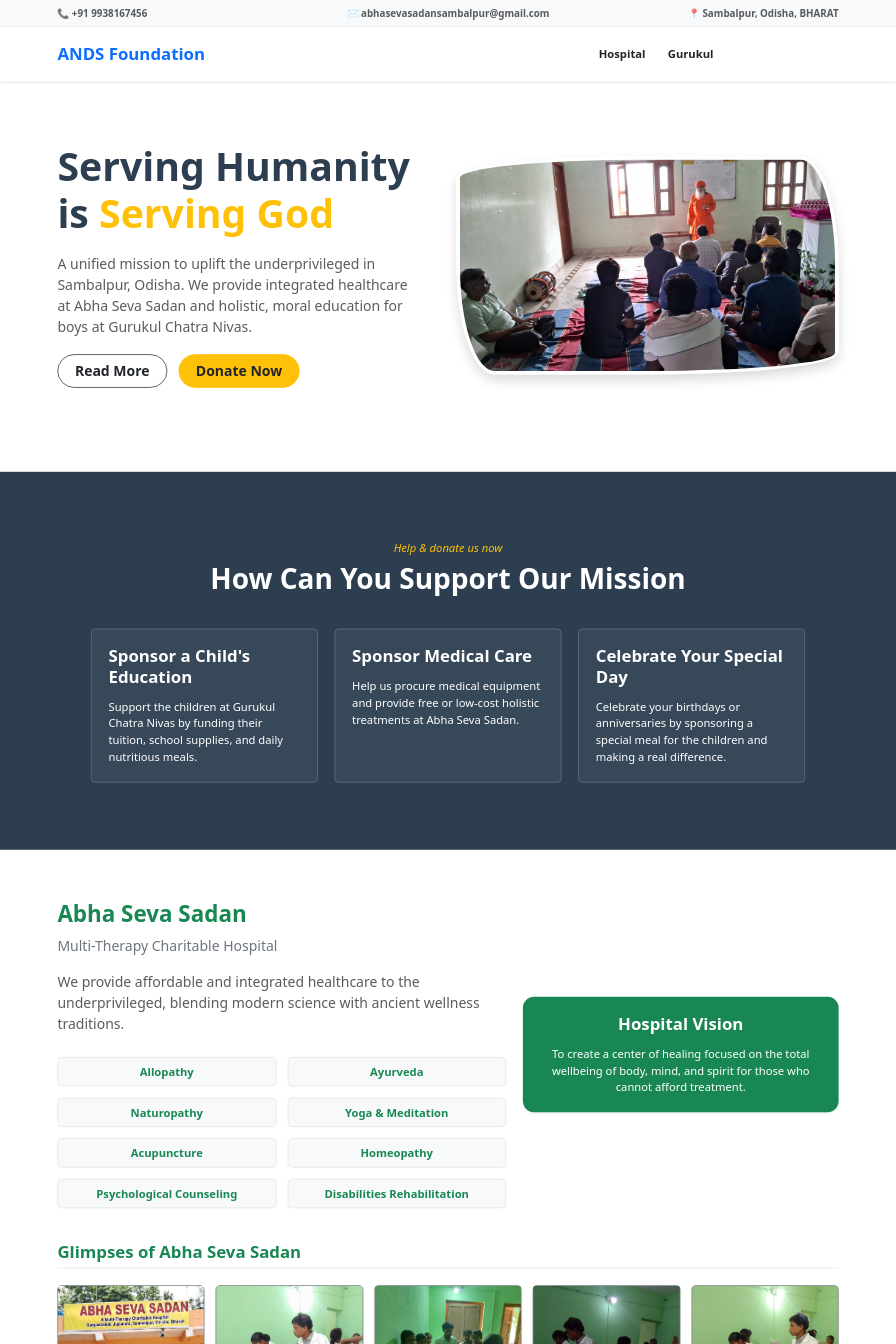
Repository: Gagankumar7869/ngo-website
Page: /
These files come from the project's save history. The page is drawn as it stood at one moment and after the next save; the edit follows.
The browser window is 1280 px wide. The pictures show the part of the page from y = 0 to 1920 px (the page is 4661 px tall), at 70% of full size.
The project was rebuilt for these pictures with package versions that can differ from the ones it lists, and the page was loaded fresh each time. Also part of the build but not shown: vite.config.js.

Above is the page before, as saved 2026-03-18 11:44:26.

### index.html
<!doctype html>
<html lang="en">
  <head>
    <meta charset="UTF-8" />
    <link rel="icon" type="image/svg+xml" href="/favicon.svg" />
    <meta name="viewport" content="width=device-width, initial-scale=1.0" />
    <title>ngo_website</title>
  </head>
  <body>
    <div id="root"></div>
    <script type="module" src="/src/main.jsx"></script>
  </body>
</html>

### src/index.css
/* --- CUSTOM NGO COLOR PALETTE --- */
:root {
  --ngo-blue: #0A2540;     /* Deep navy for trust/authority */
  --ngo-yellow: #FFD166;   /* Cheerful yellow for attention/hover */
  --ngo-teal: #118AB2;     /* Calming teal for healthcare */
  --ngo-coral: #EF476F;    /* Warm coral for urgency/donations */
  --ngo-light: #F8F9FA;    /* Soft off-white for backgrounds */
}

/* Custom Background & Text Classes */
.bg-ngo-blue { background-color: var(--ngo-blue) !important; }
.bg-ngo-teal { background-color: var(--ngo-teal) !important; }
.bg-ngo-light { background-color: var(--ngo-light) !important; }

.text-ngo-blue { color: var(--ngo-blue) !important; }
.text-ngo-teal { color: var(--ngo-teal) !important; }
.text-ngo-coral { color: var(--ngo-coral) !important; }
.text-ngo-yellow { color: var(--ngo-yellow) !important; }

/* Custom Vibrant Buttons */
.btn-donate {
  background-color: var(--ngo-coral);
  color: white !important;
  border: none;
  transition: all 0.3s ease;
  box-shadow: 0 4px 6px rgba(239, 71, 111, 0.3);
}

.btn-donate:hover {
  background-color: #D13658; /* Slightly darker coral on hover */
  transform: translateY(-2px);
  box-shadow: 0 6px 12px rgba(239, 71, 111, 0.4);
}

.btn-outline-custom {
  border: 2px solid var(--ngo-blue);
  color: var(--ngo-blue);
  background-color: transparent;
  transition: all 0.3s ease;
}

.btn-outline-custom:hover {
  background-color: var(--ngo-blue);
  color: white !important;
}

/* Custom Styling for the Support Cards */
.support-card {
  background-color: rgba(255, 255, 255, 0.05); /* Slight transparent white over the dark background */
  color: white;
  transition: all 0.3s ease-in-out;
  cursor: pointer;
  border: 1px solid rgba(255, 255, 255, 0.1);
}

.support-card:hover {
  background-color: var(--ngo-yellow);
  color: var(--ngo-blue) !important;
  border-color: var(--ngo-yellow) !important;
  transform: translateY(-5px);
  box-shadow: 0 10px 20px rgba(0,0,0,0.2);
}

.support-card:hover h4,
.support-card:hover p {
  color: var(--ngo-blue) !important;
}

/* Make the hero image a bit more organic looking */
.hero-image {
  border-radius: 50% 10% 50% 10% / 10% 50% 10% 50%;
  box-shadow: 0 15px 30px rgba(0,0,0,0.15);
}

### src/App.jsx
import React from 'react';
import Navigation from './components/Navigation';
import Home from './pages/Home';

function App() {
  return (
    <div>
      <Navigation />
      <main>
        <Home />
      </main>
    </div>
  );
}

export default App;

### src/components/Navigation.jsx
import React from 'react';
import { Navbar, Nav, Container } from 'react-bootstrap';

const Navigation = () => {
  return (
    <>
      {/* Top Contact Bar */}
      <div className="bg-light py-2 border-bottom d-none d-lg-block">
        <Container>
          <div className="row text-muted small fw-semibold">
            <div className="col-md-4">
              📞 +91 9938167456
            </div>
            <div className="col-md-4 text-center">
              ✉️ abhasevasadansambalpur@gmail.com
            </div>
            <div className="col-md-4 text-end">
              📍 Sambalpur, Odisha, BHARAT
            </div>
          </div>
        </Container>
      </div>

      {/* Main Navbar */}
      <Navbar bg="white" variant="light" expand="lg" sticky="top" className="shadow-sm py-3">
        <Container>
          <Navbar.Brand href="#" className="fw-bold fs-4 text-primary">
            ANDS Foundation
          </Navbar.Brand>
          <Navbar.Toggle aria-controls="basic-navbar-nav" />
          <Navbar.Collapse id="basic-navbar-nav">
            <Nav className="ms-auto align-items-center fw-semibold">
              <Nav.Link href="#hospital" className="fs-6 px-3 text-dark">Hospital</Nav.Link>
              <Nav.Link href="#gurukul" className="fs-6 px-3 text-dark">Gurukul</Nav.Link>
              <Nav.Link href="#donate" className="btn btn-dark text-white fw-bold ms-lg-3 px-4 rounded-pill">
                Donate Now
              </Nav.Link>
            </Nav>
          </Navbar.Collapse>
        </Container>
      </Navbar>
    </>
  );
};

export default Navigation;

### src/pages/Home.jsx
import React, { useState } from 'react';
import { Modal } from 'react-bootstrap';
// Ensure your QR code image is still in this folder
import qrCodeImage from '../assets/images/abha-qr.png';

const Home = () => {
  // Photo counts
  const hospitalPhotos = Array.from({ length: 6 }, (_, i) => i + 1);
  const gurukulPhotos = Array.from({ length: 18 }, (_, i) => i + 1);

  // State to handle the image modal (lightbox)
  const [showModal, setShowModal] = useState(false);
  const [selectedImage, setSelectedImage] = useState('');

  // Function to open the modal with the clicked image
  const handleImageClick = (imgSrc) => {
    setSelectedImage(imgSrc);
    setShowModal(true);
  };

  return (
    <div>
      {/* SPLIT HERO SECTION */}
      <header className="bg-white py-5 mt-3 mb-5">
        <div className="container py-4">
          <div className="row align-items-center">
            <div className="col-lg-6 mb-5 mb-lg-0 pe-lg-5">
              <h1 className="display-4 fw-bold mb-4" style={{ color: '#2c3e50' }}>
                Serving Humanity is <span className="text-warning">Serving God</span>
              </h1>
              <p className="lead text-muted mb-4 lh-base">
                A unified mission to uplift the underprivileged in Sambalpur, Odisha.
                We provide integrated healthcare at Abha Seva Sadan and holistic, moral education for boys at Gurukul Chatra Nivas.
              </p>
              <div className="d-flex gap-3">
                <a href="#gurukul" className="btn btn-outline-dark btn-lg px-4 rounded-pill fw-semibold">
                  Read More
                </a>
                <a href="#donate" className="btn btn-warning btn-lg px-4 rounded-pill fw-bold text-dark">
                  Donate Now
                </a>
              </div>
            </div>
            <div className="col-lg-6 text-center">
              <img
                src={`/src/assets/images/gurukul-1.jpg`}
                alt="Children of Gurukul"
                className="img-fluid hero-image border border-white border-5 shadow"
              />
            </div>
          </div>
        </div>
      </header>

      {/* DARK SUPPORT CARDS SECTION */}
      <section className="py-5" style={{ backgroundColor: '#2c3e50' }}>
        <div className="container text-center py-5">
          <p className="text-warning fst-italic mb-2">Help & donate us now</p>
          <h2 className="fw-bold text-white mb-5 display-6">How Can You Support Our Mission</h2>

          <div className="row g-4 px-lg-5">
            <div className="col-md-4">
              <div className="support-card p-4 h-100 border border-secondary rounded text-start">
                <h4 className="fw-bold mb-3">Sponsor a Child's Education</h4>
                <p className="mb-0">Support the children at Gurukul Chatra Nivas by funding their tuition, school supplies, and daily nutritious meals.</p>
              </div>
            </div>
            <div className="col-md-4">
              <div className="support-card p-4 h-100 border border-secondary rounded text-start">
                <h4 className="fw-bold mb-3">Sponsor Medical Care</h4>
                <p className="mb-0">Help us procure medical equipment and provide free or low-cost holistic treatments at Abha Seva Sadan.</p>
              </div>
            </div>
            <div className="col-md-4">
              <div className="support-card p-4 h-100 border border-secondary rounded text-start">
                <h4 className="fw-bold mb-3">Celebrate Your Special Day</h4>
                <p className="mb-0">Celebrate your birthdays or anniversaries by sponsoring a special meal for the children and making a real difference.</p>
              </div>
            </div>
          </div>
        </div>
      </section>

      {/* ABHA SEVA SADAN (HOSPITAL) */}
      <section id="hospital" className="container py-5 mt-4">
        <div className="row align-items-center mb-5">
          <div className="col-lg-7">
            <h2 className="fw-bold text-success mb-3">Abha Seva Sadan</h2>
            <h5 className="text-secondary mb-4">Multi-Therapy Charitable Hospital</h5>
            <p className="fs-5 text-muted">
              We provide affordable and integrated healthcare to the underprivileged, blending modern science with ancient wellness traditions.
            </p>
            <div className="row g-3 mt-3">
              {['Allopathy', 'Ayurveda', 'Naturopathy', 'Yoga & Meditation', 'Acupuncture', 'Homeopathy', 'Psychological Counseling', 'Disabilities Rehabilitation'].map((therapy, index) => (
                <div key={index} className="col-sm-6">
                  <div className="p-2 border rounded bg-light text-center fw-semibold text-success">
                    {therapy}
                  </div>
                </div>
              ))}
            </div>
          </div>
          <div className="col-lg-5 mt-4 mt-lg-0 text-center">
             <div className="bg-success text-white p-4 rounded-4 shadow-sm">
                <h4 className="fw-bold mb-3">Hospital Vision</h4>
                <p className="mb-0">To create a center of healing focused on the total wellbeing of body, mind, and spirit for those who cannot afford treatment.</p>
             </div>
          </div>
        </div>

        {/* HOSPITAL PHOTO GALLERY */}
        <div className="mt-5">
          <h4 className="fw-bold mb-4 text-success border-bottom pb-2">Glimpses of Abha Seva Sadan</h4>
          <div className="row row-cols-2 row-cols-md-3 row-cols-lg-5 g-3">
            {hospitalPhotos.map((num) => (
              <div className="col" key={`hosp-${num}`}>
                <div
                  className="ratio ratio-1x1 bg-secondary rounded shadow-sm overflow-hidden d-flex align-items-center justify-content-center text-white"
                  style={{ cursor: 'pointer' }}
                  onClick={() => handleImageClick(`/src/assets/images/hospital-${num}.jpg`)}
                >
                  <img
                    src={`/src/assets/images/hospital-${num}.jpg`}
                    alt={`Hospital ${num}`}
                    className="img-fluid object-fit-cover w-100 h-100 support-card"
                  />
                </div>
              </div>
            ))}
          </div>
        </div>
      </section>

      {/* GURUKUL CHATRA NIVAS (HOSTEL) */}
      <section id="gurukul" className="bg-light py-5">
        <div className="container py-4">
          <div className="text-center mb-5">
            <h2 className="fw-bold text-info mb-2">Gurukul Chatra Nivas</h2>
            <h5 className="text-secondary">A Home of Learning, Values & Service</h5>
          </div>

          <div className="row g-5">
            <div className="col-md-6">
              <h4 className="fw-bold border-bottom pb-2">Provisions & Education</h4>
              <p className="text-muted mt-3">
                We offer free lodging, balanced vegetarian meals, and admission to nearby schools/colleges for economically disadvantaged boys. Our holistic approach includes daily evening tuition, regular medical check-ups, and participation in cultural festivals.
              </p>
            </div>

            <div className="col-md-6">
              <h4 className="fw-bold border-bottom pb-2">Rules & Daily Routine</h4>
              <ul className="list-unstyled mt-3 text-muted">
                <li className="mb-2">🌅 <strong>Brahma Muhurta:</strong> Wake up at 4:30 AM for personal hygiene, yoga, and collective meditation.</li>
                <li className="mb-2">🥗 <strong>Diet:</strong> Strictly sentient vegetarian food. No outside junk food allowed.</li>
                <li className="mb-2">🛑 <strong>Strict Bans:</strong> Zero tolerance for intoxicants (tobacco, alcohol), smartphones, or abusive behavior.</li>
                <li className="mb-2">🤫 <strong>Discipline:</strong> Absolute silence observed during meditation and study hours.</li>
              </ul>
            </div>
          </div>

          {/* GURUKUL PHOTO GALLERY */}
          <div className="mt-5 pt-4">
            <h4 className="fw-bold mb-4 text-info border-bottom pb-2">Glimpses of Gurukul Chatra Nivas</h4>
            <div className="row row-cols-2 row-cols-md-3 row-cols-lg-5 g-3">
              {gurukulPhotos.map((num) => (
                <div className="col" key={`guru-${num}`}>
                  <div
                    className="ratio ratio-1x1 bg-secondary rounded shadow-sm overflow-hidden d-flex align-items-center justify-content-center text-white"
                    style={{ cursor: 'pointer' }}
                    onClick={() => handleImageClick(`/src/assets/images/gurukul-${num}.jpg`)}
                  >
                    <img
                      src={`/src/assets/images/gurukul-${num}.jpg`}
                      alt={`Gurukul ${num}`}
                      className="img-fluid object-fit-cover w-100 h-100 support-card"
                    />
                  </div>
                </div>
              ))}
            </div>
          </div>
        </div>
      </section>

      {/* INTEGRATED DONATION SECTION */}
      <section id="donate" className="bg-dark text-white py-5">
        <div className="container py-4">
          <div className="text-center mb-5">
            <h2 className="fw-bold text-warning mb-3">Support Our Mission</h2>
            <p className="lead mx-auto" style={{ maxWidth: '700px' }}>
              Your contributions help construct hospital wards, support staff salaries, and provide food and education to the children of Gurukul Chatra Nivas.
            </p>
          </div>

          <div className="row justify-content-center align-items-stretch g-4">
            <div className="col-md-5">
              <div className="card h-100 shadow-sm border-0 text-dark">
                <div className="card-body p-4 bg-light rounded text-center">
                  <h4 className="card-title text-primary mb-4">Direct Bank Transfer</h4>
                  <ul className="list-unstyled fs-6 text-start d-inline-block">
                    <li className="mb-2"><strong>Account Name:</strong> Abha Seva Sadan</li>
                    <li className="mb-2"><strong>A/c Number:</strong> 44087197883</li>
                    <li className="mb-2"><strong>Bank:</strong> State Bank of India</li>
                    <li className="mb-2"><strong>Branch:</strong> Dhanupali (11576)</li>
                    <li className="mb-2"><strong>IFSC Code:</strong> SBIN0011576</li>
                  </ul>
                </div>
              </div>
            </div>

            <div className="col-md-5">
              <div className="card h-100 shadow-sm border-0 text-dark">
                <div className="card-body p-4 text-center">
                  <h4 className="card-title text-primary mb-3">Scan & Donate via UPI</h4>
                  <img
                    src={qrCodeImage}
                    alt="Donate via UPI"
                    className="img-fluid border p-2 rounded shadow-sm mb-2"
                    style={{ maxWidth: '180px' }}
                  />
                  <p className="text-muted small mb-0">Google Pay, PhonePe, Paytm</p>
                </div>
              </div>
            </div>
          </div>
        </div>
      </section>

      {/* FOOTER */}
      <footer className="bg-secondary text-white text-center py-4">
        <div className="container small">
          <p className="mb-1 fw-bold fs-5">ANDS FOUNDATION</p>
          <p className="mb-1">Reg. No. 1956/4/3864-2006</p>
          <p className="mb-1">Gargadbahal, Jujomura & Govindtola, Dhanupali, Sambalpur, Odisha</p>
          <p className="mb-0 mt-2">📞 9938167456 | ✉️ abhasevasadansambalpur@gmail.com</p>
        </div>
      </footer>

      {/* IMAGE MODAL (POP-UP) */}
      <Modal show={showModal} onHide={() => setShowModal(false)} size="lg" centered>
        <Modal.Header closeButton className="border-0 pb-0"></Modal.Header>
        <Modal.Body className="text-center pt-0 pb-4 px-4">
          <img src={selectedImage} alt="Expanded View" className="img-fluid rounded shadow-lg" />
        </Modal.Body>
      </Modal>

    </div>
  );
};

export default Home;

Loaded but not shown: src/main.jsx (common file)

After the next save:
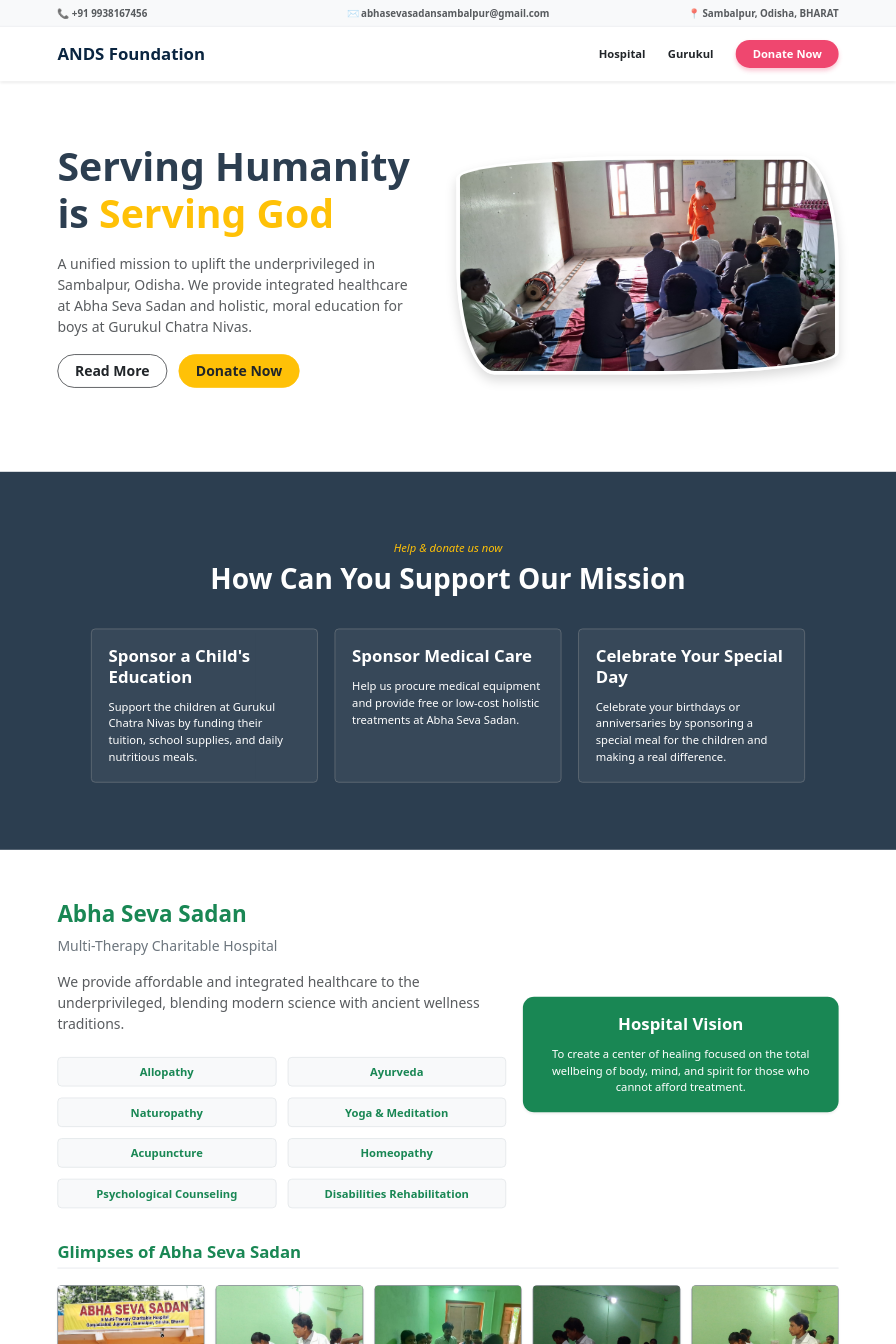
Saved 54 s later.
--- a/src/components/Navigation.jsx
+++ b/src/components/Navigation.jsx
@@ -5,7 +5,7 @@
   return (
     <>
       {/* Top Contact Bar */}
-      <div className="bg-light py-2 border-bottom d-none d-lg-block">
+      <div className="bg-ngo-light py-2 border-bottom d-none d-lg-block">
         <Container>
           <div className="row text-muted small fw-semibold">
             <div className="col-md-4">
@@ -24,7 +24,7 @@
       {/* Main Navbar */}
       <Navbar bg="white" variant="light" expand="lg" sticky="top" className="shadow-sm py-3">
         <Container>
-          <Navbar.Brand href="#" className="fw-bold fs-4 text-primary">
+          <Navbar.Brand href="#" className="fw-bold fs-4 text-ngo-blue">
             ANDS Foundation
           </Navbar.Brand>
           <Navbar.Toggle aria-controls="basic-navbar-nav" />
@@ -32,7 +32,7 @@
             <Nav className="ms-auto align-items-center fw-semibold">
               <Nav.Link href="#hospital" className="fs-6 px-3 text-dark">Hospital</Nav.Link>
               <Nav.Link href="#gurukul" className="fs-6 px-3 text-dark">Gurukul</Nav.Link>
-              <Nav.Link href="#donate" className="btn btn-dark text-white fw-bold ms-lg-3 px-4 rounded-pill">
+              <Nav.Link href="#donate" className="btn btn-donate fw-bold ms-lg-3 px-4 rounded-pill">
                 Donate Now
               </Nav.Link>
             </Nav>
